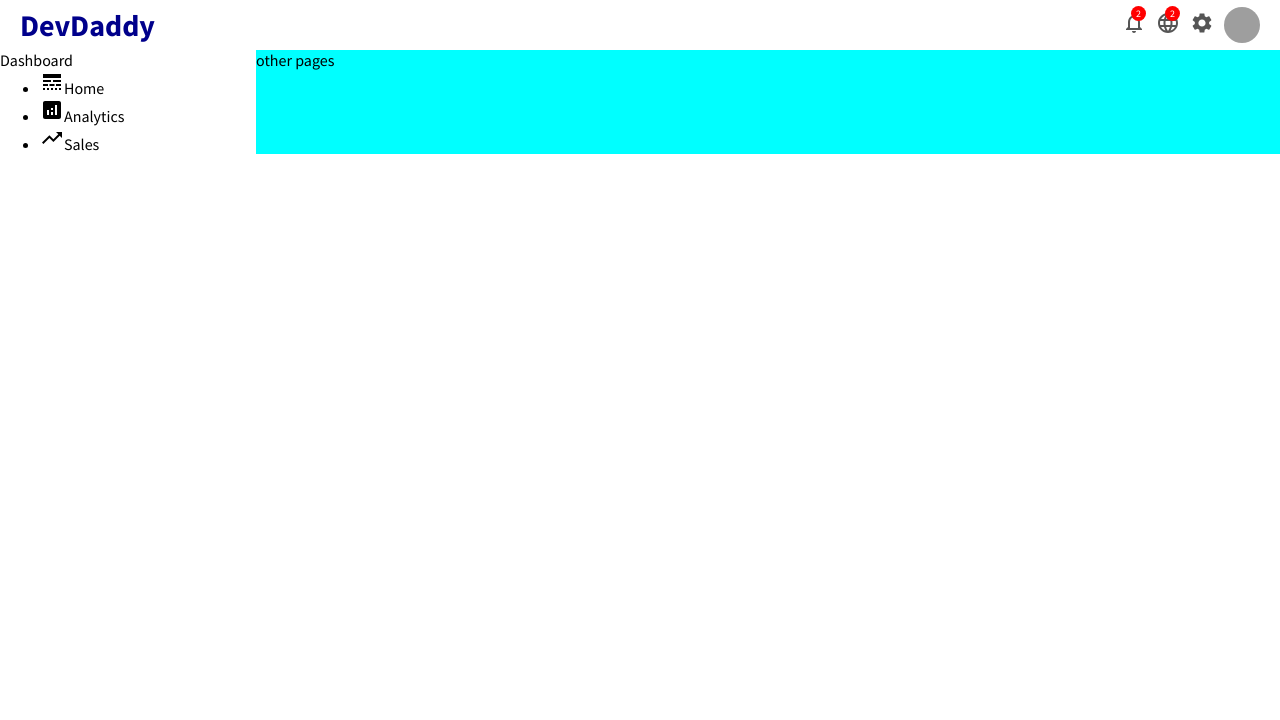
Repository: Marhamat92/react-admin-dashboard
Page: /user/1
The author's editor kept a copy of each file at every save. The page is drawn from the files as they stood at one save, then again after the next save.
The browser window is 1280 px wide. The pictures show the whole page.
Pictures or frames that could not be fetched are drawn as grey boxes. The project was rebuilt for these pictures with package versions that can differ from the ones it lists, and the page was loaded fresh each time.

Above is the page before, as saved 2023-02-07 17:44:19.

After the next save:
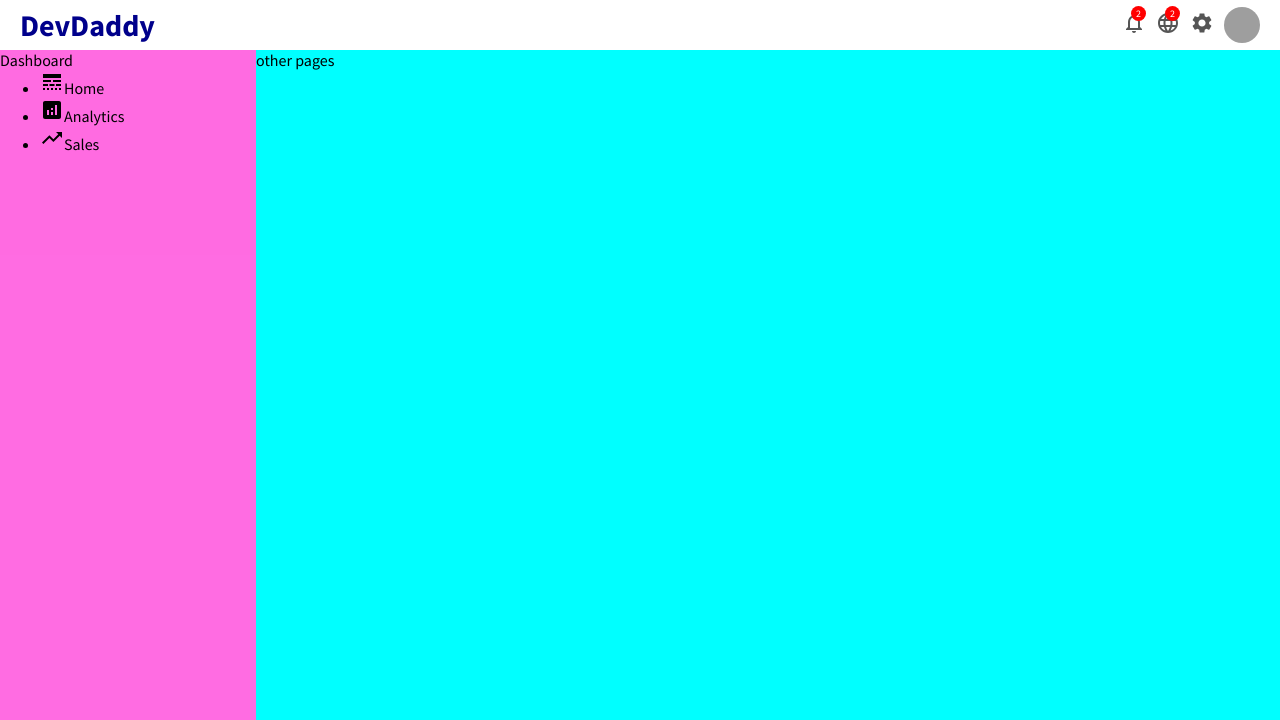
Saved 4 h 18 min later.
--- a/src/components/sidebar/sidebar.scss
+++ b/src/components/sidebar/sidebar.scss
@@ -1,3 +1,5 @@
 .sidebar{
-  flex:1
+  flex:1;
+  height:calc(100vh - 50px);
+  background-color: #f5dd
 }
